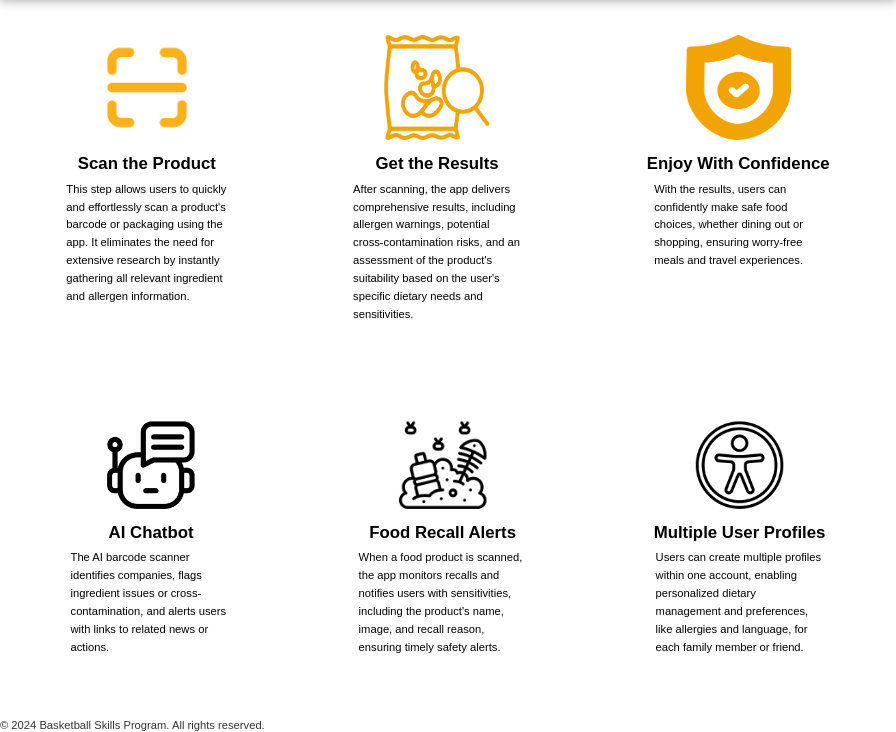
Repository: GavinPahal/landingpage
Page: /
An editor plug-in stored every save of this project. The page is shown before and after the next save, followed by the edit.
The browser window is 1280 px wide. The pictures show the part of the page from y = 720 to 2620 px (the page is 1765 px tall before and 2866 px after), at 70% of full size.
The project was rebuilt for these pictures with package versions that can differ from the ones it lists, and the page was loaded fresh each time. The framework's server and built-in components were replaced by stand-ins that run in the browser. Also part of the build but not shown: next.config.mjs.

Above is the page before, as saved 2024-11-28 15:34:44.

### pages/_app.js
// pages/_app.js
import "@/styles/globals.css"; // Import the global CSS file

function MyApp({ Component, pageProps }) {
  return <Component {...pageProps} />;
}

export default MyApp;

### pages/index.js
// pages/index.js
import Hero from "../components/Hero";
import Features from "../components/Features";
import Footer from "../components/Footer";
import Product from "../components/Product"

export default function Home() {
  return (
    <div>
      <Hero />
      <Features />
      <Product />
      <Footer />
    </div>
  );
}

### styles/globals.css
/* Global Styles */
* {
  margin: 0;
  padding: 0;
  box-sizing: border-box;
}

body {
  font-family: Arial, sans-serif;
  color: #333;
  overflow-x: hidden; /* Prevent horizontal overflow */
}

/* Hero Section */
.hero {
  display: flex; /* Use flexbox to align elements */
  position: relative;
  height: 100vh;
  width: 100%; /* Ensure the hero section spans the full width */
  background-color: #2d2d2d; /* Dark background to contrast with the image */
}

.imageWrapper {
  position: relative;
  width: 100%; /* Left side takes full width */
  height: 100%;
}

.imageContainer {
  position: absolute;
  top: 0;
  left: 0;
  width: 100%;
  height: 100%;
  filter: blur(8px); /* Add blur effect to the image */
  object-fit: cover;
}

.overlay {
  position: absolute;
  top: 0;
  left: 0;
  width: 100%;
  height: 100%;
  background: rgba(0, 0, 0, 0.6); /* Dark overlay to ensure text stands out */
  color: white;
  display: flex;
  flex-direction: column;
  justify-content: center;
  align-items: flex-start;
  padding: 60px 40px; /* Increased padding for more space */
  text-align: left;
}

.heroTitle {
  display: flex;
  align-items: center; /* Align logo and title horizontally */
  margin-bottom: 40px; /* Space between title and the rest of the content */
  position: relative; /* Allow positioning adjustments */
  top: -80px; /* Move the logo and title even higher */
}

.heroTitle img {
  margin-right: 20px; /* Add space between logo and title */
}

.heroTitle h1 {
  font-size: 2rem; /* Bigger font for app name */
  font-weight: bold;
  color: #ffffff; /* Bright color to stand out */
  text-transform: uppercase;
}

.tagline {
  font-size: 5rem; /* Make "BEST NATURE APP" 5rem */
  font-weight: bold;
  margin-bottom: 0; /* Remove extra space between the lines */
  color: #ffffff; /* Striking color */
  text-shadow: 3px 3px 5px rgba(0, 0, 0, 0.8); /* Enhanced text visibility */
  line-height: 1.1; /* Adjust line-height to decrease space between lines */
  letter-spacing: 1.5px;
  display: block;
  max-width: 100%; /* Ensure text doesn't overflow */
}

.bestNature {
  display: block;
  font-size: 3rem; /* Adjust to smaller font size for the first part */
}

.appEver {
  display: block;
  margin-top: 0;
  font-size: 3rem;
}

.subTagline {
  font-size: 1.2rem;
  margin-top: 20px;
  margin-bottom: 40px;
  line-height: 1.6;
  max-width: 650px;
  color: white;
  letter-spacing: 0.5px;
  text-align: left;
}

.demoText {
  display: block;
  font-size: 1.4rem;
  font-weight: bold;
}

.natureText {
  display: block;
  font-size: 1.2rem;
  margin-top: 10px;
  font-style: italic;
  letter-spacing: 0.3px;
}

/* CTA Button */
.ctaButton {
  background-color: #00C9A2;
  color: #ffffff;
  padding: 15px 40px;
  font-size: 1.4rem;
  border: none;
  border-radius: 50px;
  text-align: center;
  margin-top: 60px;
  cursor: pointer;
  transition: background-color 0.3s, transform 0.3s;
  text-decoration: none;
}

.ctaButton:hover {
  background-color: #035343;
}

.ctaButton:focus {
  outline: none;
}

.rightImageWrapper {
  position: absolute;
  left: 62%;
  bottom: 20px;
  width: 400px;
  height: auto;
  z-index: 2;
  margin-top: 100px;
}

.rightImageContainer {
  position: relative;
  width: 100%;
  height: 100%;
}

.rightImageContainer img {
  width: 100%;
  height: auto;
  border-radius: 8px;
  object-fit: cover;
}

.features {
  padding: 50px 20px;
  text-align: center;
}
.features h2 {
  font-size: 2.5rem;
  font-weight: bold;
  color: #ffffff;
  margin-bottom: 30px;
  text-transform: uppercase;
  letter-spacing: 1px;
}

.infoCards {
  display: flex;
  flex-wrap: wrap;
  justify-content: space-around;
  gap: 30px;
  margin-bottom: 40px;
}

.card {
  text-align: center;
  margin: 0 auto; /* Ensure cards are centered */
}

.card:first-child { /* Target the first feature card */
  max-width: 400px; /* Restrict width for a cleaner layout */
  margin: 20px auto; /* Center the card horizontally and add spacing */
}

.card:first-child p {
  text-align: left; /* Center-align the text for the first card */
  max-width: 230px; /* Ensure text does not overflow the card */
  margin: 0 auto;
}

.card img {
  margin-bottom: 15px;
}

.card h3 {
  font-size: 1.5rem;
  font-weight: 600;
  color: #000000;
  margin-bottom: 10px;
}

.card p {
  font-size: 1rem;
  line-height: 1.6;
  color: #000000;
  max-width: 240px;
  margin: 0 auto;
  text-align: left;
}

.text1 {
  font-size: 1rem;
  line-height: 1.6;
  color: #000000;
  max-width: 250px;
  margin: 0 auto;
  text-align: left;
}

.text2 {
  font-size: 1rem;
  line-height: 1.6;
  color: #000000;
  max-width: 250px;
  margin: 0 auto;
  text-align: left;
}


@media (max-width: 1024px) {
  .hero {
    flex-direction: column; /* Stack elements vertically on smaller screens */
  }

  .overlay {
    padding: 40px 20px; /* Reduced padding for smaller screens */
    text-align: center; /* Center-align text on smaller screens */
  }

  .heroTitle {
    margin-bottom: 20px; /* Reduce space between the title and the tagline */
    top: 0; /* Reset top positioning for better alignment */
  }

  .tagline {
    font-size: 3rem; /* Decrease font size on smaller screens */
  }

  .bestNature, .appEver {
    font-size: 2.5rem; /* Smaller font size for better readability */
  }

  .subTagline {
    font-size: 1rem; /* Adjust subtagline font size for smaller screens */
    max-width: 100%; /* Allow full-width display */
    padding: 0 20px; /* Add padding to the sides */
  }

  .rightImageWrapper {
    left: 50%; /* Center the image on smaller screens */
    bottom: 10px;
    width: 300px; /* Reduce image size */
    margin-top: 60px;
  }
}

/* CTA Button Adjustments */
@media (max-width: 768px) {
  .ctaButton {
    padding: 12px 30px; /* Reduced padding for better proportion on small screens */
    font-size: 1.2rem; /* Smaller font size */
    width: 90%; /* Allow the button to take up more space on smaller screens */
    margin-top: 40px; /* Reduced top margin */
  }
}

/* Feature Section Adjustments */
@media (max-width: 768px) {
  .features {
    padding: 30px 20px; /* Reduce padding */
  }

  .features h2 {
    font-size: 2rem; /* Smaller font size for headings */
  }

  .infoCards {
    flex-direction: column; /* Stack cards vertically */
    align-items: center;
    gap: 20px; /* Reduced gap between cards */
  }

  .card {
    max-width: 90%; /* Ensure cards take full width on smaller screens */
    margin: 10px auto; /* Center the cards */
  }

  .card h3 {
    font-size: 1.2rem; /* Decrease font size */
  }

  .card p {
    font-size: 0.9rem; /* Smaller text for better readability */
  }
}

/* Final Adjustments */
@media (max-width: 480px) {
  .hero {
    height: auto; /* Allow the hero section to adjust to content */
  }

  .overlay {
    padding: 20px; /* Even smaller padding */
    text-align: center;
  }

  .tagline {
    font-size: 2.5rem; /* Further decrease tagline size */
  }

  .ctaButton {
    padding: 10px 20px; /* Smaller padding for mobile screens */
    font-size: 1rem; /* Reduce font size */
  }

  .features h2 {
    font-size: 1.6rem; /* Adjust feature section heading */
  }

  .card {
    max-width: 100%; /* Ensure the cards take full width */
  }

  .text1, .text2 {
    font-size: 0.9rem; /* Adjust text sizes for smaller screens */
  }
}

### components/Hero.js
import Image from "next/image";

export default function Hero() {
  return (
    <section className="hero">
      <div className="imageWrapper">
        <div className="imageContainer">
          <Image
            src="/images/grocey.jpg"
            alt="Nature Image"
            layout="fill"
            objectFit="cover"
          />
        </div>
        <div className="overlay">
          <div className="heroTitle">
            <Image
              src="/images/logo.webp"
              alt="Goldibite Logo"
              width={50}
              height={50}
            />
            <h1>Goldibite</h1>
          </div>
          <p className="tagline">
            <span className="bestNature">YOUR BUDDY FOR</span>
            <span className="appEver">FOOD SAFETY</span>
          </p>
          <p className="subTagline">
            <span className="demoText">Get a demo and try our new app.</span>
            <span className="natureText">
            The Right Bite, Every Time
            </span>
          </p>
          <a href="#demo" className="ctaButton">
            TRY DEMO
          </a>
        </div>
      </div>


      <div className="rightImageWrapper">
        <div className="rightImageContainer">
          <Image
            src="/images/phone.png"
            alt="New Image"
            layout="intrinsic"
            width={500}
            height={500}
          />
        </div>
      </div>
    </section>
  );
}

### components/Features.js
import Image from "next/image";


export default function Features() {
  return (
    <section className="features">
      <div className="infoCards">
        <div className="card" style={{ margin: "0 10px" }}>
          <Image
            src="/images/iconamoon_scanner (1).jpg"
            alt="Feature 1"
            width={150}
            height={150}
          />
          <h3>Scan the Product</h3>
          <p>This step allows users to quickly and effortlessly scan a product's barcode or packaging using the app.
             It eliminates the need for extensive research by instantly gathering all relevant ingredient and allergen information. </p>
        </div>
        <div className="card" style={{ margin: "0 10px" }}>
          <Image
            src="/images/magnifying.jpg"
            alt="Feature 2"
            width={150}
            height={150}
          />
          <h3>Get the Results</h3>
          <p>After scanning, the app delivers comprehensive results, including allergen warnings, potential cross-contamination risks,
             and an assessment of the product's suitability based on the user's specific dietary needs and sensitivities.
          </p>
        </div>
        <div className="card" style={{ margin: "0 10px" }}>
          <Image
            src="/images/Confident.jpg"
            alt="Feature 2"
            width={150}
            height={150}
          />
          <h3>Enjoy With Confidence</h3>
          <p>With the results, users can confidently make safe food choices, whether dining out or shopping,
             ensuring worry-free meals and travel experiences.
          </p>
        </div>
      </div>

    </section>
  );
}

### components/Footer.js
export default function Footer() {
    return (
      <footer className="footer">
        <p>&copy; 2024 Basketball Skills Program. All rights reserved.</p>
      </footer>
    );
  }

### components/Product.js
import Image from "next/image";

export default function Features() {
  return (
    <section className="features">
      <div className="infoCards" style={{ gap: "20px" }}>
        <div className="card" style={{ margin: "0 10px" }}>
          <Image
            src="/images/chatbot.jpg"
            alt="Feature 1"
            width={125}
            height={125}
          />
          <h3>AI Chatbot</h3>
          <p>
            The AI barcode scanner identifies companies, flags ingredient
            issues or cross-contamination, and alerts users with links to
            related news or actions.
          </p>
        </div>
        <div className="card" style={{ margin: "0 10px" }}>
          <Image
            src="/images/trash.jpg"
            alt="Feature 2"
            width={125}
            height={125}
          />
          <h3>Food Recall Alerts</h3>
          <p>
            When a food product is scanned, the app monitors recalls and
            notifies users with sensitivities, including the product's name,
            image, and recall reason, ensuring timely safety alerts.
          </p>
        </div>
        <div className="card" style={{ margin: "0 10px" }}>
          <Image
            src="/images/accessibility.png"
            alt="Feature 3"
            width={125}
            height={125}
          />
          <h3>Multiple User Profiles</h3>
          <p>
            Users can create multiple profiles within one account, enabling
            personalized dietary management and preferences,
            like allergies and  language, for each family member or friend.
          </p>
        </div>
      </div>
    </section>
  );
}

Loaded but not shown: pages/_document.js (common file)

After the next save:
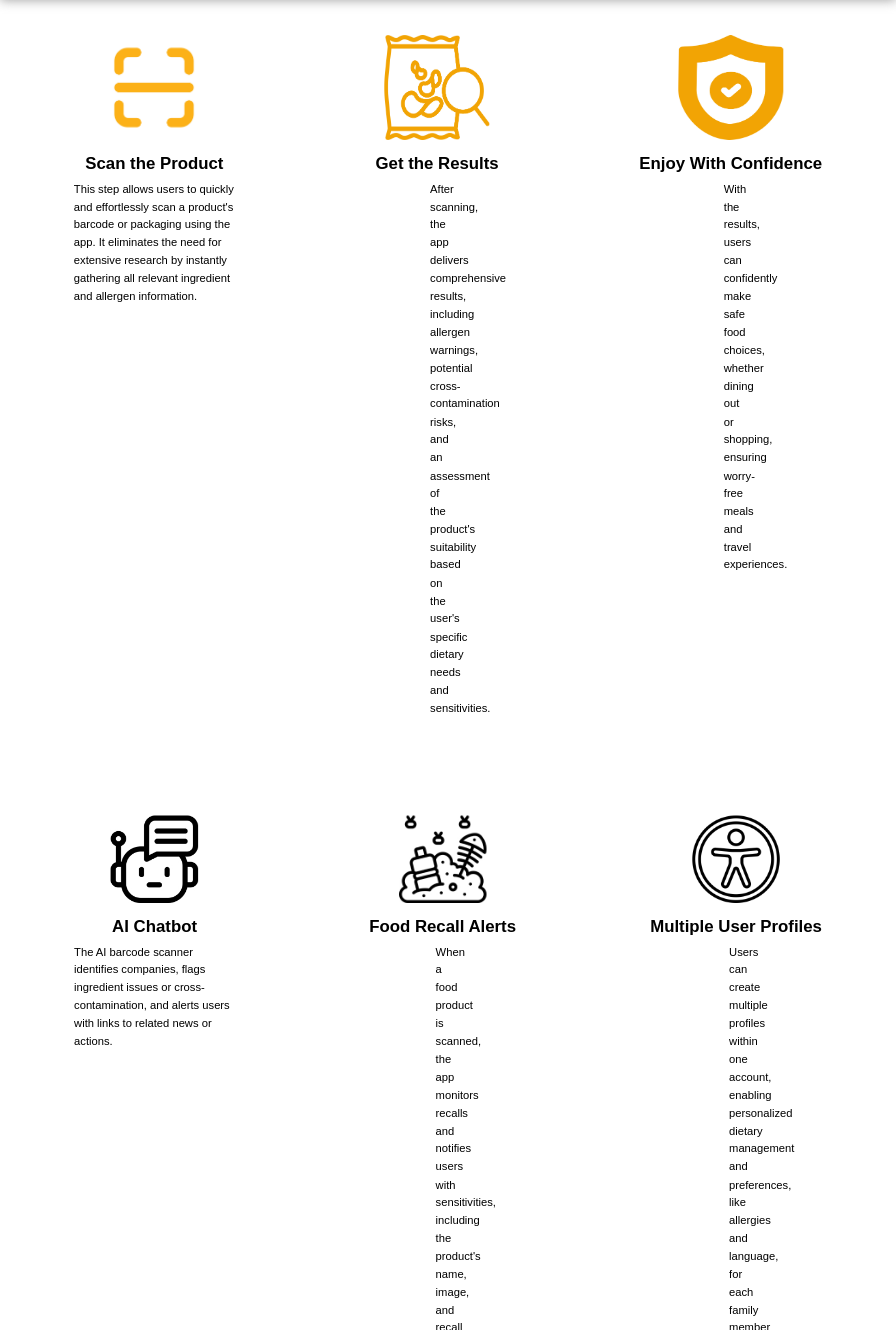
Saved 4 s later.
--- a/styles/globals.css
+++ b/styles/globals.css
@@ -217,7 +217,7 @@ body {
   font-size: 1rem;
   line-height: 1.6;
   color: #000000;
-  max-width: 240px;
+  max-width: 20px;
   margin: 0 auto;
   text-align: left;
 }
